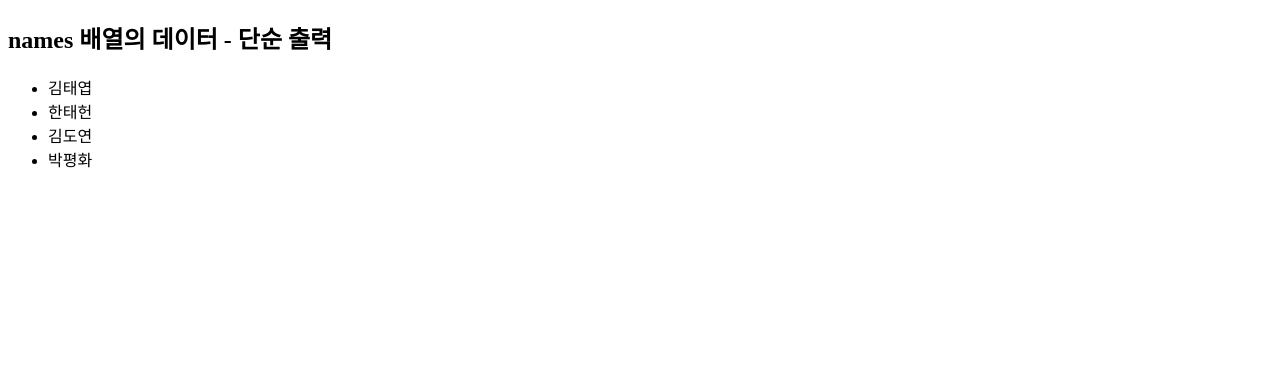
Repository: okgunyang/jsp
Page: http://localhost/practice02/GetJavaDataCtrl.do
These files come from the project's save history. The page is drawn as it stood at one moment and after the next save; the edit follows.
The browser window is 1280 px wide. The pictures show the whole page.
The page is served by Tomcat 9.

Above is the page before, as saved 2022-11-10 06:09:24.

After the next save:
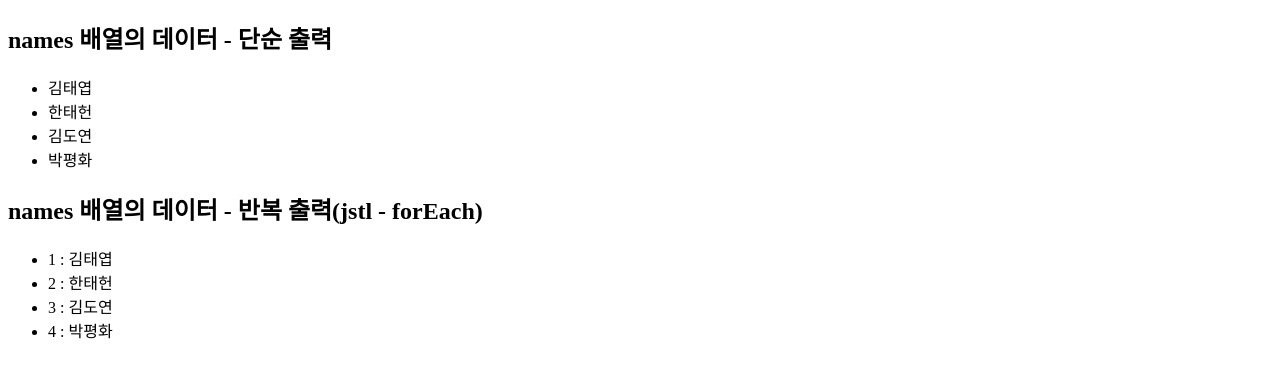
Saved 3 min 29 s later.
--- a/practice02/WebContent/06getJavaData.jsp
+++ b/practice02/WebContent/06getJavaData.jsp
@@ -20,5 +20,11 @@
 	<li>${names[2] }</li>
 	<li>${names[3] }</li>
 </ul>
+<h2>names 배열의 데이터 - 반복 출력(jstl - forEach)</h2>
+<ul>
+	<c:forEach items="${names }" var="name" varStatus="status">
+	<li>${status.count } : ${name }</li>
+	</c:forEach>
+</ul>
 </body>
 </html>
